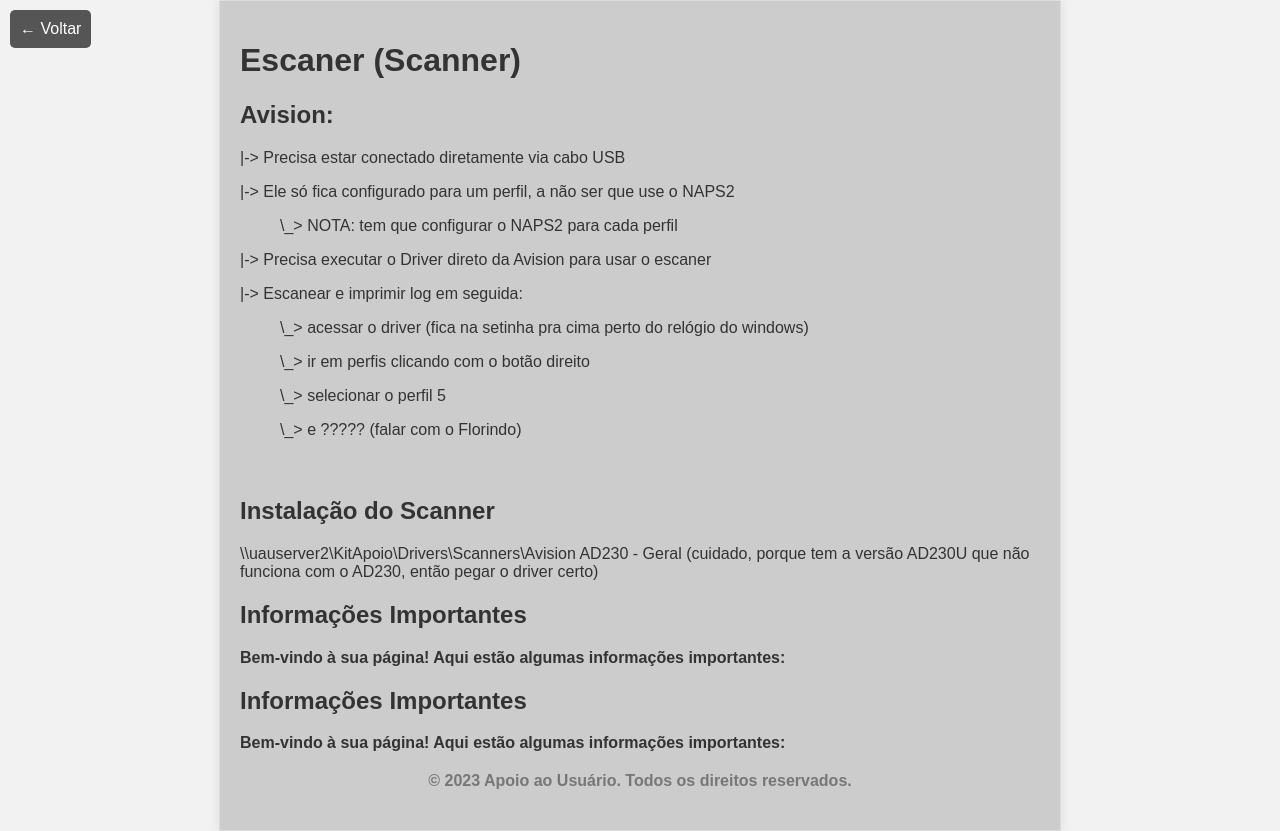
Repository: I4guito/dicasdez
Page: Dicas site/Dicas/scanner.html
The author's editor kept a copy of each file at every save. The page is drawn from the files as they stood at one save, then again after a run of saves.
The browser window is 1280 px wide. The pictures show the whole page.

Above is the page before, as saved 2023-11-28 14:07:42.

### Dicas site/Dicas/scanner.html
<!DOCTYPE html>
<html lang="pt-br">
<head>
    <meta charset="UTF-8">
    <meta name="viewport" content="width=device-width, initial-scale=1.0">
    <link rel="stylesheet" href="padrao.css">
    <script src="/Dicas site/script.js"></script>
    <title>Scanner</title>
</head>
<body>
    <div class="container">
        <header>
        <a href="javascript:history.back()" class="voltar-btn">&#8592; Voltar</a>
            <h1>Escaner (Scanner)</h1>
        </header>
        <section>
            <h2>Avision:</h2>
            <p>|-> Precisa estar conectado diretamente via cabo USB</p>
            <p>|-> Ele só fica configurado para um perfil, a não ser que use o NAPS2</p>
            <ul>
                <li><blockquote> \_> NOTA: tem que configurar o NAPS2 para cada perfil</li>
            </ul>
            <p>|-> Precisa executar o Driver direto da Avision para usar o escaner</p>
            <p>|-> Escanear e imprimir log em seguida:</p>
            <blockquote>\_> acessar o driver (fica na setinha pra cima perto do relógio do windows)</blockquote>
            <blockquote>\_> ir em perfis clicando com o botão direito</blockquote>
            <blockquote>\_> selecionar o perfil 5</blockquote>
            <blockquote>\_> e ????? (falar com o Florindo)</blockquote>
            <p></p>

        </section><br>

        <section>
            <h2>Instalação do Scanner</h2>
            <p>\\uauserver2\KitApoio\Drivers\Scanners\Avision AD230 - Geral (cuidado, porque tem a versão AD230U que não funciona com o AD230, então pegar o driver certo)</p>
            <ul>
                <li><strong></li>
                <li><strong></li>
            </ul>
        </section>
        <section>
            <h2>Informações Importantes</h2>
            <p>Bem-vindo à sua página! Aqui estão algumas informações importantes:</p>
            <ul>
                <li><strong></li>
                <li><strong></li>
            </ul>
        </section>
        <section>
            <h2>Informações Importantes</h2>
            <p>Bem-vindo à sua página! Aqui estão algumas informações importantes:</p>
            <ul>
                <li><strong></li>
                <li><strong></li>
            </ul>
        </section>
        <footer>
            <p>&copy; 2023 Apoio ao Usuário. Todos os direitos reservados.</p>
        </footer>
    </div>
</body>
</html>

### Dicas site/Dicas/padrao.css
body {
    font-family: 'Arial', sans-serif;
    margin: 0;
    padding: 0;
    background-color: #f2f2f2;
    color:#fff
}

.container {
    max-width: 800px;
    margin: 0 auto;
    background-color: #ccc;
    padding: 20px;
    box-shadow: 0 0 10px rgba(0, 0, 0, 0.1);
    border: 1px solid #ddd;
    color: #333;
}

header, section, footer {
    margin-bottom: 20px;
}

header h1, section h2 {
    color: #333;
}

ul {
    list-style: none;
    padding: 0;
}

li {
    margin-bottom: 10px;
}

footer {
    text-align: center;
    color: #777;
}

.voltar-btn {
    position: absolute;
    left: 10px;
    top: 10px;
    text-decoration: none;
    color: #fff;
    font-size: 16px;
    padding: 10px;
    background-color: #555;
    border: none;
    border-radius: 5px;
    cursor: pointer;
    transition: background-color 0.3s;
}

.voltar-btn:hover {
    background-color: #777;
}

img {

    margin-inline: 5cm;
    max-width: 100%;
    border-radius: 3%;
}

.link-instrucoes {
    font-family:cursive;
    width: 50px;
    left: 10px;
    text-decoration: none;
    color: #fff;
    font-size: 25px;
    padding: 3px;
    background-color: #555;
    border: none;
    border-radius: 10px;
    cursor: pointer;
    transition:  background-color 0.3s;
}

.link-instrucoes:hover {
    background-color:#777
}

### Dicas site/script.js
function filterItems() {
    var searchBar = document.getElementById('searchBar');
    var filter = searchBar.value.toUpperCase();

    var columns = document.getElementsByClassName('column');
    for (var i = 0; i < columns.length; i++) {
        var boxes = columns[i].getElementsByClassName('box');
        for (var j = 0; j < boxes.length; j++) {
            var item = boxes[j];
            var textValue = item.textContent || item.innerText;
            if (textValue.toUpperCase().indexOf(filter) > -1) {
                item.style.display = "";
            } else {
                item.style.display = "none";
            }
        }
    }
}

function openPage(pageName) {
    // Assuming all pages are in the same directory, you can modify the path as needed
    window.location.href = pageName + '.html';
}


    const isOpera = navigator.userAgent.indexOf("OPR") > -1;


    if (isOpera) {
      document.addEventListener("DOMContentLoaded", function () {
        document.querySelector(".container").style.backgroundColor = "#005c4b"; /* Azul claro para o Opera */
        document.querySelector(".container").style.color = "#333";
      });
    }

After the next 2 saves:
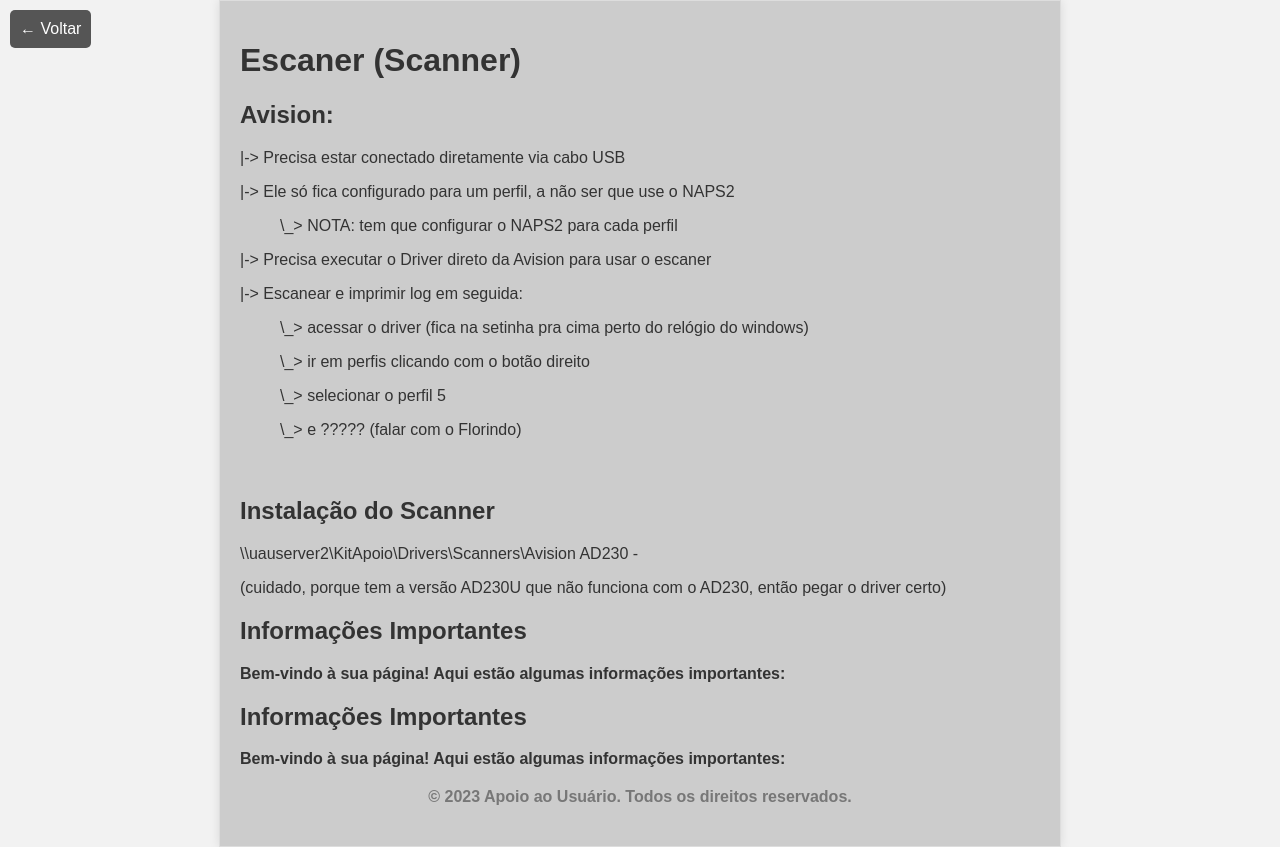
The 2 saves are shown as one change because they came seconds apart.
The last was saved 12 s later.
--- a/Dicas site/Dicas/scanner.html
+++ b/Dicas site/Dicas/scanner.html
@@ -32,7 +32,7 @@
 
         <section>
             <h2>Instalação do Scanner</h2>
-            <p>\\uauserver2\KitApoio\Drivers\Scanners\Avision AD230 - Geral (cuidado, porque tem a versão AD230U que não funciona com o AD230, então pegar o driver certo)</p>
+            <p>\\uauserver2\KitApoio\Drivers\Scanners\Avision AD230 - <blockquote></blockquote> (cuidado, porque tem a versão AD230U que não funciona com o AD230, então pegar o driver certo)</p>
             <ul>
                 <li><strong></li>
                 <li><strong></li>
